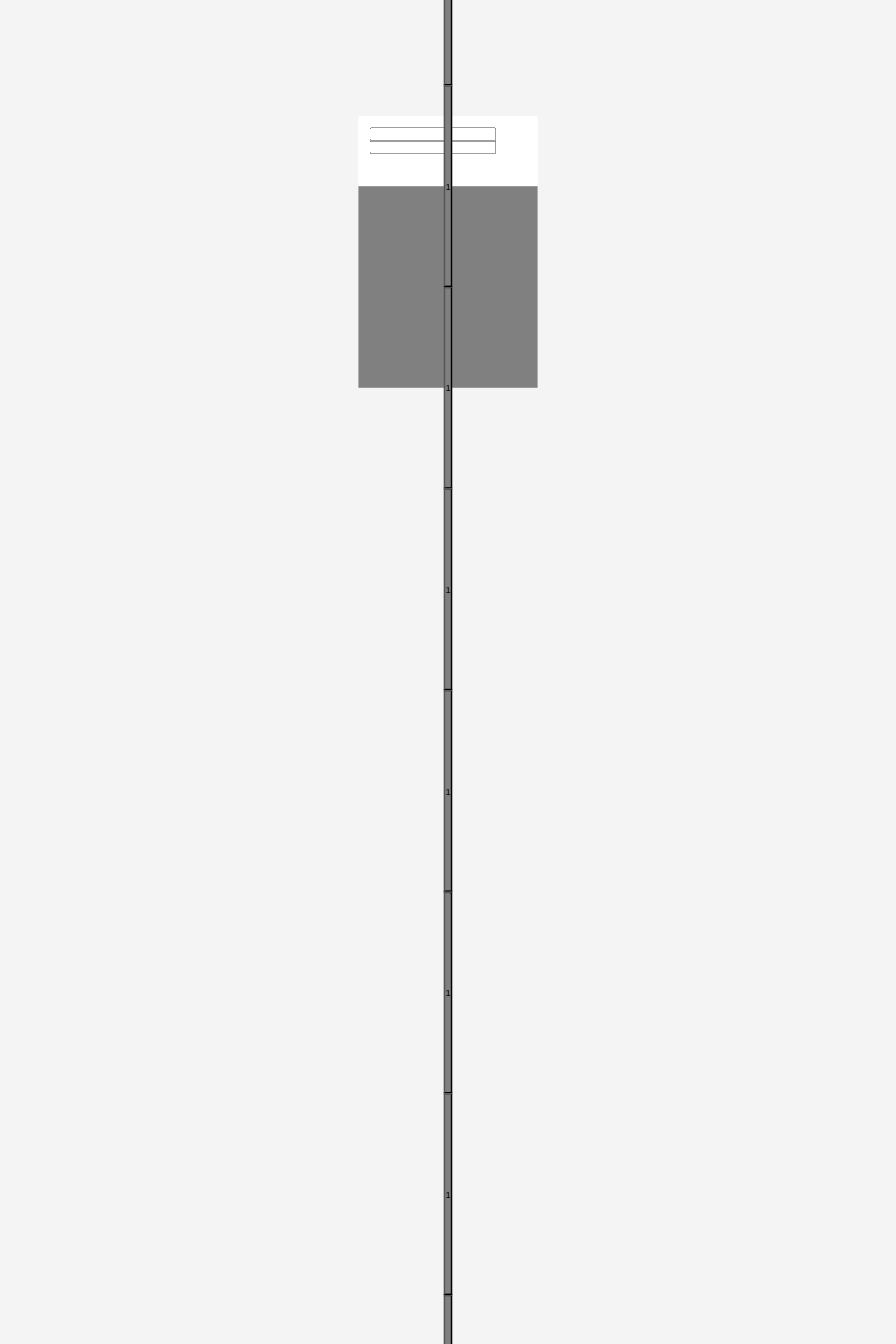
Repository: DNature/calc
Page: index.html
These files come from the project's save history. The page is drawn as it stood at one moment and after the next save; the edit follows.
The browser window is 1280 px wide. The pictures show the part of the page from y = 0 to 1920 px (the page is 3002 px tall before and 1040 px after), at 70% of full size.

Above is the page before, as saved 2019-11-20 23:48:34.

### index.html
<!DOCTYPE html>
<html lang="en">
  <head>
    <meta charset="UTF-8" />
    <meta name="viewport" content="width=device-width, initial-scale=1.0" />
    <meta http-equiv="X-UA-Compatible" content="ie=edge" />
    <link rel="stylesheet" href="css/style.css" />
    <title>Calculator</title>
  </head>
  <body>
    <div class="calculator">
      <div class="output">
        <input type="number" id="subField" />
        <input type="number" id="mainField" />
      </div>

      <div class="inputs">
        <button class="inputs">1</button>
        <button class="inputs">1</button>
        <button class="inputs">1</button>
        <button class="inputs">1</button>
        <button class="inputs">1</button>
        <button class="inputs">1</button>
        <button class="inputs">1</button>
        <button class="inputs">1</button>
        <button class="inputs">1</button>
        <button class="inputs">1</button>
        <button class="inputs">1</button>
        <button class="inputs">1</button>
        <button class="inputs">1</button>
        <button class="inputs">1</button>
        <button class="inputs">1</button>
        <button class="inputs">1</button>
        <button class="inputs">1</button>
        <button class="inputs">1</button>
      </div>
    </div>
    <script src="./js/index.js"></script>
  </body>
</html>

### css/style.css
* {
  margin: 0;
  padding: 0;
  box-sizing: border-box;
}

body {
  font-family: Arial, Helvetica, sans-serif;
  background: #f4f4f4;
  height: 100vh;
  width: 100vw;
  display: grid;
  place-content: center;
}

.calculator {
  width: 20vw;
  background: white;
  display: grid;
  place-content: center;

  border-radius: 5px;
}

.output {
  height: 100px;
  padding: 1rem;
  background: white;
}

.inputs {
  background: grey;
  display: grid;
  place-content: center;
  height: 40vh;
}

.button {
  width: 70px;
  height: 70px;
}

Loaded but not shown: js/index.js (no stored copy; drawn as an empty file)

After the next save:
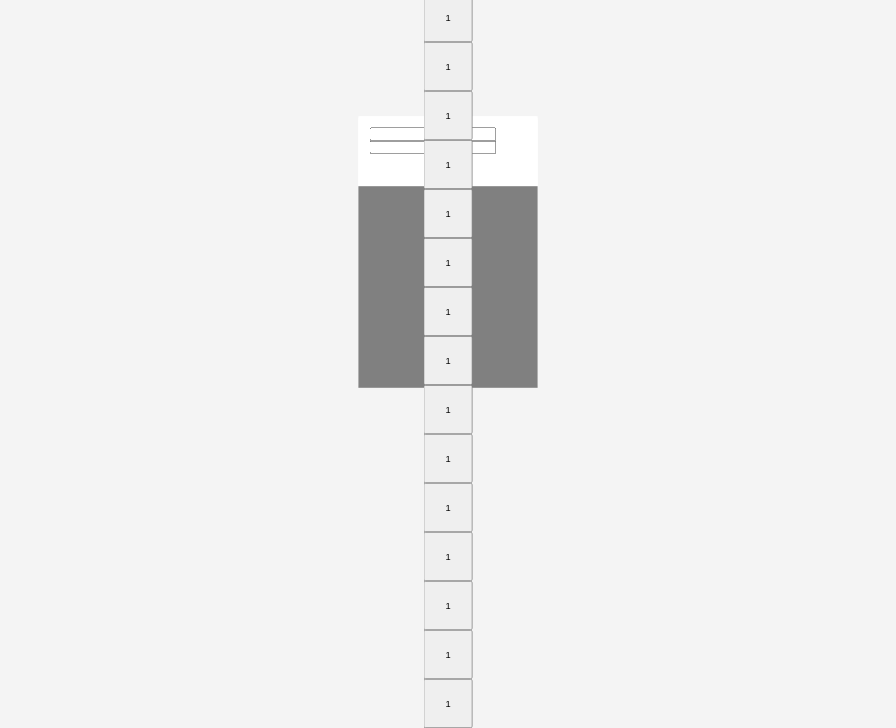
Saved 25 s later.
--- a/index.html
+++ b/index.html
@@ -15,24 +15,24 @@
       </div>
 
       <div class="inputs">
-        <button class="inputs">1</button>
-        <button class="inputs">1</button>
-        <button class="inputs">1</button>
-        <button class="inputs">1</button>
-        <button class="inputs">1</button>
-        <button class="inputs">1</button>
-        <button class="inputs">1</button>
-        <button class="inputs">1</button>
-        <button class="inputs">1</button>
-        <button class="inputs">1</button>
-        <button class="inputs">1</button>
-        <button class="inputs">1</button>
-        <button class="inputs">1</button>
-        <button class="inputs">1</button>
-        <button class="inputs">1</button>
-        <button class="inputs">1</button>
-        <button class="inputs">1</button>
-        <button class="inputs">1</button>
+        <button class="button">1</button>
+        <button class="button">1</button>
+        <button class="button">1</button>
+        <button class="button">1</button>
+        <button class="button">1</button>
+        <button class="button">1</button>
+        <button class="button">1</button>
+        <button class="button">1</button>
+        <button class="button">1</button>
+        <button class="button">1</button>
+        <button class="button">1</button>
+        <button class="button">1</button>
+        <button class="button">1</button>
+        <button class="button">1</button>
+        <button class="button">1</button>
+        <button class="button">1</button>
+        <button class="button">1</button>
+        <button class="button">1</button>
       </div>
     </div>
     <script src="./js/index.js"></script>
